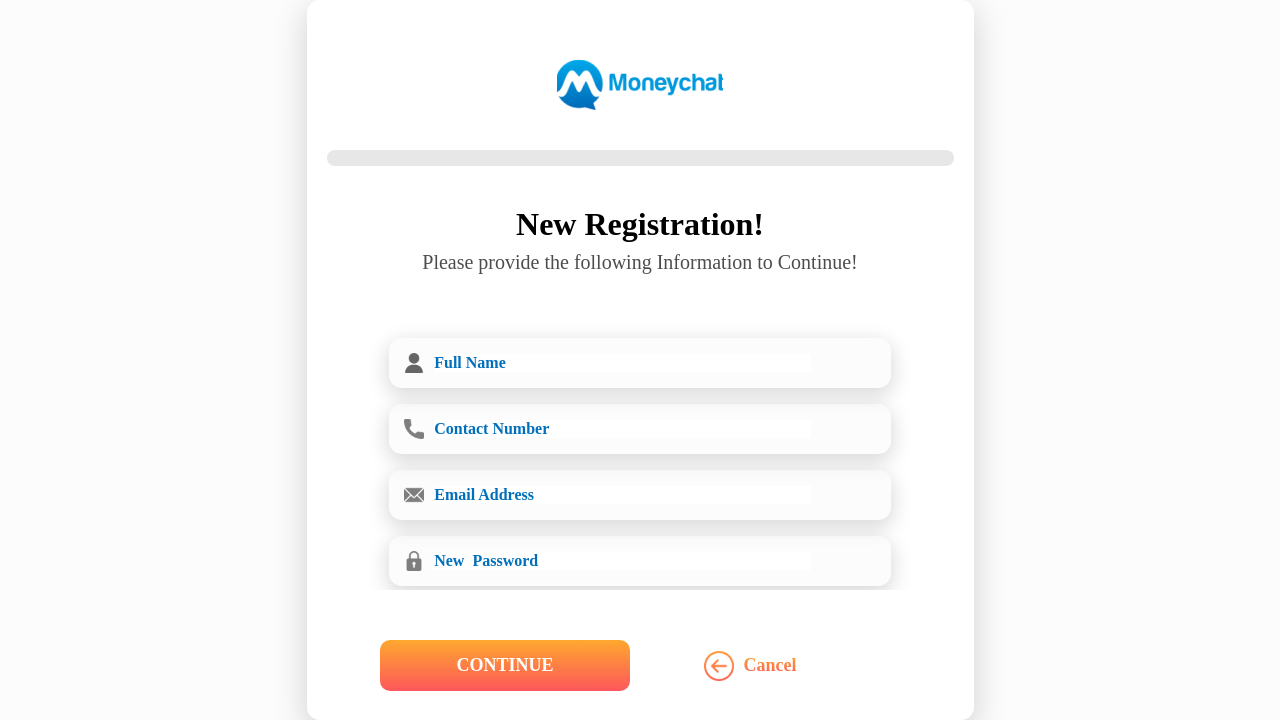
Repository: FlyweisReact/Money-Chat
Page: /register
An editor plug-in stored every save of this project. The page is shown before and after the next save, followed by the edit.
The browser window is 1280 px wide. The pictures show the whole page.
The project was rebuilt for these pictures with package versions that can differ from the ones it lists, and the page was loaded fresh each time. Also part of the build but not shown: src/forms/Login.jsx.

Above is the page before, as saved 2023-11-29 15:11:05.

### src/index.js
import React from "react";
import ReactDOM from "react-dom/client";
import "./index.css";
import App from "./App";
import { BrowserRouter } from "react-router-dom";
import 'bootstrap/dist/css/bootstrap.min.css'
// Commit Changes
const root = ReactDOM.createRoot(document.getElementById("root"));
root.render(
  <React.StrictMode>
    <BrowserRouter>
      <App />
    </BrowserRouter>
  </React.StrictMode>
);

### src/index.css
/** @format */

@tailwind base;
@tailwind components;
@tailwind utilities;

body {
  margin: 0;
  font-family: Quicksand !important;
  -webkit-font-smoothing: antialiased;
  -moz-osx-font-smoothing: grayscale;
}

code {
  font-family: Quicksand !important;
}

html {
  font-family: Quicksand !important;
}

::-webkit-scrollbar {
  width: 10px;
}
.fa-trash {
  color: red;
  cursor: pointer;
}

.iCOn {
  transition: 0.5s;
  box-shadow: none;
  transform: scale(1);
}
.cardDiv {
  cursor: pointer;
  width: 350px;
}
.CardDiv_Container {
  display: flex;
  flex-wrap: wrap;
  justify-content: center;
}

.cardDiv:hover .iCOn {
  box-shadow: rgba(0, 0, 0, 0.35) 0px 5px 15px;
  transform: scale(1.3);
}

/* Track */
::-webkit-scrollbar-track {
  background: #f1f1f1;
}

/* Handle */
::-webkit-scrollbar-thumb {
  background: #888;
}

/* Handle on hover */
::-webkit-scrollbar-thumb:hover {
  background: #555;
}
.profileImage {
  width: 100px;
}
.fa-eye {
  color: #029aff;
  cursor: pointer;
}
.fa-edit {
  cursor: pointer;
  color: blue;
}

.View {
  border: 1px solid black;
  width: 100%;
  padding: 10px;
}

.main-card--container {
  display: grid;
  grid-template-columns: repeat(3, minmax(300px, 500px));
  grid-gap: 50px;
  justify-content: space-around;
}
.card-container {
  margin: 25px 0 auto;
  box-shadow: rgba(0, 0, 0, 0.35) 0px 5px 15px;
  position: relative;
  display: grid;
  grid-template-columns: 1fr;
  justify-content: space-around;
  align-items: flex-start;
}

.myEdit:focus {
  box-shadow: rgba(0, 0, 0, 0.35) 0px 5px 15px;
}

.AstroLogin {
  color: #fff;
  background-color: #2b7a8e;
  padding: 10px;
  width: 380px;
  text-align: center;
  font-size: 20px;
  background: linear-gradient(to left, #2b7a8e 50%, #fff 50%) right;
  background-size: 200%;
  transition: 0.5s ease-out;
  border: 1px solid #2b7a8e;
  margin-top: 10px;
  text-transform: uppercase;
}
.AstroLogin:hover {
  background-position: left;
  color: #2b7a8e;
}

.EcommerceAdminLogin {
  color: #fff;
  background-color: #0c0c0c;
  padding: 10px;
  width: 380px;
  text-align: center;
  font-size: 20px;
  background: linear-gradient(to left, #0c0c0c 50%, #fff 50%) right;
  background-size: 200%;
  transition: 0.5s ease-out;
  border: 2px solid #0c0c0c;
  margin-top: 10px;
  text-transform: uppercase;
}

.EcommerceAdminLogin:hover {
  background-position: left;
  color: #0c0c0c;
  font-weight: bold;
}
.EcommerceVendorLogin {
  color: #fff;
  background-color: #576cbc;
  padding: 10px;
  width: 380px;
  text-align: center;
  font-size: 20px;
  background: linear-gradient(to left, #576cbc 50%, #fff 50%) right;
  background-size: 200%;
  transition: 0.5s ease-out;
  border: 1px solid #576cbc;
  margin-top: 10px;
  text-transform: uppercase;
}

.EcommerceVendorLogin:hover {
  background-position: left;
  color: #576cbc;
}

.view {
  background-color: #2196f3;
  color: #fff;
  width: 50%;
  padding: 5px;
}

.two-sec {
  display: flex;
  justify-content: space-evenly;
  justify-content: space-evenly;
}
.two-sec .left {
  width: 60%;
  background-color: #f6f1ef;
  padding: 20px;
}
.two-sec .left .head {
  font-size: 25px;
  font-weight: bold;
}

.two-sec .right {
  width: 30%;
  background-color: #f6f1ef;
}

.searchDiv {
  width: 100%;
  display: flex;
  gap: 10px;
  border: 1px solid rgb(179, 179, 179);
  padding: 10px;
  margin-bottom: 20px;
  align-items: center;
}
.searchDiv input {
  width: 94%;
  outline: none;
  border: none;
}

.flexCont {
  display: flex;
  align-items: center;
  gap: 10px;
}
.flexCont img {
  width: 60px;
  background-color: #e9ecef;
}

.blockContent {
  display: block;
}
.blockContent p {
  margin: 0;
}

.checkBox {
  width: 50px;
  height: 25px;
  background-color: #e9ecef;
  border-radius: 50px;
  position: relative;
  cursor: pointer;
}
.checkBox span {
  width: 20px;
  height: 20px;
  border-radius: 100%;
  background-color: #fff;
  position: absolute;
  left: 5px;
  top: 2px;
}
.ActivecheckBox {
  width: 50px;
  height: 25px;
  background-color: #0d6efd;
  border-radius: 50px;
  position: relative;
  cursor: pointer;
}
.ActivecheckBox span {
  width: 20px;
  height: 20px;
  border-radius: 100%;
  background-color: #fff;
  position: absolute;
  right: 5px;
  top: 2px;
}

.fa-eye {
  color: #0cba73;
  background-color: #d6f8e8;
  width: 35px;
  text-align: center;
  height: 35px;
  display: flex;
  border-radius: 100%;
  justify-content: center;
  padding-top: 10px;
  transition: 0.5s;
}

.fa-pen-to-square {
  color: #f4c39c;
  background-color: #ffebdb;
  width: 35px;
  text-align: center;
  height: 35px;
  display: flex;
  border-radius: 100%;
  justify-content: center;
  padding-top: 10px;
  cursor: pointer;
  transition: 0.5s;
}
.fa-trash {
  color: #df939f;
  background-color: #ffe1e8;
  width: 35px;
  text-align: center;
  height: 35px;
  display: flex;
  border-radius: 100%;
  justify-content: center;
  padding-top: 10px;
  cursor: pointer;
  transition: 0.5s;
}
.fa-trash:hover {
  transform: scale(1.2);
}
.fa-eye:hover {
  transform: scale(1.2);
}
.fa-pen-to-square:hover {
  transform: scale(1.2);
}
.required {
  color: #e74260;
}

.headP {
  /* font-weight: 600; */
  /* font-size: 25px; */
  color: #7b7c7d;
}
.filterBox {
  display: flex;
  align-items: center;
  gap: 10px;
  border-bottom: 1px solid #d4d7dc;
  padding-bottom: 20px;
  margin-bottom: 20px;
}
.filterBox img {
  width: 30px;
}
.filterBox input {
  width: 100%;
  border: 1px solid #d4d7dc;
  outline: none;
  padding: 5px;
  color: black;
  text-transform: capitalize;
}
.sectionCont {
  /* width: 98%; */
  background-color: #fff;
  /* margin-left: 2%; */
  padding: 20px;
}

.overFlowCont {
  width: 100%;
  overflow-x: auto;
}

.logo {
  width: 100px;
  margin-bottom: 20px;
}

.updateProfile {
  margin-left: 20px;
  border: 1px solid #fff;
  border-radius: 100%;
  font-size: 1.2rem;
  padding: 10px;
  transition: 0.5s;
  cursor: pointer;
}
.updateProfile:hover {
  border: 1px solid #19376d;
  color: #19376d;
  background-color: #fff;
}

.Normalbtn {
  background-color: #19376d !important;
  border: 1px solid #19376d !important;
  border-radius: 0px !important;
}

.ImageCarousel {
  width: 150px !important;
  margin: 0px !important;
  height: 150px !important;
}
.CarouselImages {
  width: 60px;
  height: auto;
}
.CarouselImages img {
  width: 100% !important;
  height: 100% !important;
}

.ModalCarousel {
  width: 100% !important;
  height: 500px !important;
}
.ModalCarousel {
  width: 100% !important;
  height: 500px !important;
}
.ModalCarousel img {
  width: 100% !important;
  height: 500px !important;
}

.gridCont {
  display: grid;
  grid-template-columns: auto auto auto;
  justify-content: space-evenly;
}
.gridCont div {
  width: 400px;
  height: 300px;
  box-shadow: rgba(0, 0, 0, 0.35) 0px 5px 15px;
  padding: 10px;
  position: relative;
  margin-top: 20px;
}
.gridCont div img {
  width: 100%;
}
.delete-Btn {
  width: 90%;
  margin-left: 2%;
  color: #c44b3f;
  border: 1px solid #c44b3f;
  position: absolute;
  bottom: 10px;
  transition: 0.5s;
  padding: 10px;
}

.delete-Btn:hover {
  background-color: #c44b3f;
  color: #fff;
}

.BannerCarousel {
  width: 300px;
  margin: 0px !important;
}
.BannerCarouselImage {
  width: 300px;
}
.BannerCarouselImage img {
  width: 100%;
}

.pagination {
  display: flex;
  justify-content: center;
  align-items: center;
  gap: 10px;
  margin-bottom: 20px;
}
.pagination button {
  border: 1px solid black;
  padding: 10px;
}

.activePage {
  background-color: #19376d;
  color: #fff;
  border: 1px solid #19376d !important;
}

.active {
  background-color: #fff;
  color: #19376d !important;
}
.prevBtn {
  background-color: #fff;
  color: #19376d;
  border: 1px solid #19376d !important;
  transition: 0.5s;
}

.prevBtn:hover,
.prevBtn:focus,
.prevBtn:active {
  background-color: #19376d;
  color: #fff;
  border: 1px solid #19376d !important;
}
.nextBtn {
  background-color: #fff;
  color: #19376d;
  border: 1px solid #19376d !important;
  transition: 0.5s;
}

.nextBtn:hover,
.nextBtn:focus,
.nextBtn:active {
  background-color: #19376d;
  color: #fff;
  border: 1px solid #19376d !important;
}

.dangerBox {
  position: relative;
}
.dangerBox i {
  position: absolute;
  top: 50%;
  left: 90%;
  transform: translate(-50%, -50%);
  cursor: pointer;
}

.centerImage {
  max-width: 300px;
}
.img-cont {
  display: flex;
  gap: 40px;
  /* justify-content: center; */
  align-items: center;
}

/* ============== user data styling =========*/

.ud2 {
  display: flex;
  justify-content: space-between;
  margin-top: 20px;
}
.ud3 {
  width: 49%;
}
.ud4 {
  width: 49%;
}

.ud4 button {
  background: #c44b3f;
  width: 50%;
  height: 40px;
  border-radius: 4px;
  border: none;
  color: #fff;
}

/* ============ single order styling ================*/

#pdfGen {
  margin: 20px;
}
#pdfGen .Heading-Container {
  display: flex;
  align-items: center;
}
#pdfGen .Heading-Container img {
  width: 100px;
}
#pdfGen .Heading-Container .content {
  width: 80%;
  text-align: center;
}
#pdfGen .Heading-Container .content h2 {
  margin: 0;
  font-weight: bold;
  font-size: 25px;
}
#pdfGen .Heading-Container .content p {
  margin: 0;
  font-size: 14px;
  font-weight: 600;
  color: #a8a1a1;
}

.two-cont {
  display: flex;
  justify-content: space-between;
  padding-top: 10px;
  gap: 20px;
}
.two-cont p {
  margin: 0;
}
.two-cont .left {
  width: 40%;
}
.two-cont .left h6 {
  font-size: 14px;
  font-weight: bold;
}
.two-cont .left .box {
  border: 2px solid black;
  width: 100%;
  padding: 8px;
}
.two-cont .left .box p {
  font-size: 15px;
}
.two-cont .left .box .strong {
  font-weight: bold;
}
.two-cont .left .box p {
  font-weight: 600;
}
.two-cont .right {
  width: 60%;
  border: 2px solid black;
  padding: 10px;
}
.two-cont .right table {
  width: 100%;
  table-layout: fixed;
}
.two-cont .right td {
  font-weight: 900 !important;
  padding: 5px;
}
.bordererd {
  border-right: 2px solid black;
}
#pdfGen .empty {
  background-color: #000;
  height: 2px;
  margin-top: 20px;
}

#pdfGen {
  min-height: 100vh;
  display: flex;
  justify-content: space-between;
  flex-direction: column;
}

#pdfGen .Table {
  width: 100%;
  margin-top: 20px;
}
#pdfGen .Table tbody tr {
  border: 1px solid black;
}
#pdfGen .Table tbody tr td {
  padding: 5px;
  padding-bottom: 10px;
}

#pdfGen .Main_Table {
  display: flex;
  justify-content: flex-end;
  align-items: center;
  padding-top: 10px;
  gap: 50px;
  align-items: center;
}
#pdfGen .Main_Table p {
  font-weight: 900;
}

#pdfGen .below_Div .four-sec {
  display: flex;
  justify-content: space-evenly;
  border-top: 2px solid black;
  border-bottom: 2px solid black;
  padding: 4px;
}
#pdfGen .below_Div .four-sec p {
  margin: 0;
  font-size: 13px;
  text-align: center;
}
#pdfGen .below_Div .four-sec .stronger {
  font-weight: bold;
}

#pdfGen .below_Div .big_Head {
  font-size: 25px;
  background-color: #85827b;
  text-align: center;
  font-weight: bold;
  color: #fff;
  padding: 0;
  margin: 0;
  padding-bottom: 10px;
}
#pdfGen .below_Div .text-cont p {
  margin: 0;
  font-weight: 700;
  font-size: 14px;
  color: #85827b;
}
#pdfGen .below_Div .text-cont {
  text-align: center;
}
#pdfGen .below_Div .text-cont h5 {
  margin: 0;
  font-weight: 900;
}

.so2 {
  width: 100%;
}

.so4 {
  display: flex;
  justify-content: space-between;
}
.so4 p {
  margin: 0;
}

.searchByDate {
  display: flex;
  align-items: center;
  gap: 10px;
  border-bottom: 1px solid #d4d7dc;
  padding-bottom: 20px;
  margin-bottom: 20px;
  flex-wrap: wrap;
  justify-content: space-between;
}
.searchByDate div {
  width: 45%;
  display: flex;
  gap: 20px;
  align-items: center;
}
.searchByDate input {
  border: 1px solid #d4d7dc;
  width: 80%;
  padding: 10px;
  outline: none;
}

.so5 {
  margin-top: 20px;
  width: 98;
  margin-left: 1%;
}

.so5 table {
  width: 100%;
}
.so5 table th,
td {
  font-size: 13px;
  font-weight: 600;
}
.so6 {
  margin-top: 40px;
  margin-left: 65%;
  width: 30%;
}

.so7 {
  display: flex;
  justify-content: space-between;
  width: 80%;
}
.so7 p {
  margin: 0;
}

.downloadBtn {
  background: #0cba73;
  height: 40px;
  color: #fff;
  border-radius: 4px;
  padding: 10px;
}

.Info_Box p {
  margin: 0;
}
.Info_Box .title {
  margin-bottom: 5px;
  font-size: 20px;
  font-weight: 700;
}
.Info_Box .desc {
  border: 1px solid #ced4da;
  padding: 10px;
  border-radius: 5px;
}

.Desc-Container p.title {
  margin-bottom: 0.5rem;
}
.Desc-Container p.desc {
  display: block;
  width: 100%;
  padding: 0.375rem 0.75rem;
  font-size: 1rem;
  font-weight: 400;
  line-height: 1.5;
  color: #212529;
  border: 1px solid #ced4da;
  border-radius: 0.375rem;
  background-color: #e9ecef;
  overflow-wrap: anywhere;
}

.Schedule_Enquiry_Modal {
  background-color: rgb(10, 72, 173);
  color: #fff;
}
.Schedule_Enquiry_Modal .close_btn {
  display: flex;
  justify-content: space-between;
  align-items: center;
}
.Schedule_Enquiry_Modal .close_btn h4 {
  margin: 0;
}
.Schedule_Enquiry_Modal .close_btn i {
  font-size: 20px;
  cursor: pointer;
}

.searchByDate select {
  border: 1px solid #d4d7dc;
  padding: 10px;
  outline: none;
}

/*Chat  */
.chat {
  display: flex;
  gap: 40px;
  align-items: flex-start;
}
.chat .sidebar {
  flex: 0 0 30%;
  max-width: 30%;
  border: 1px solid #ddd;
}
.chat .menu-list .container {
  display: flex;
  gap: 10px;
  align-items: center;
  cursor: pointer;
  border-top: 1px solid #ddd;
  height: 72px;
}
.chat .menu-list .container:hover {
  background-color: #f0f2f5;
}
.chat .menu-list .container.active {
  background-color: #f0f2f5;
}
.chat .menu-list .container:first-child {
  border: none;
}
.chat .menu-list .container img {
  width: 49px;
  height: 49px;
  border-radius: 100%;
  vertical-align: middle;
}
.chat .menu-list .container p {
  font-size: 20px;
  font-weight: 700;
  margin: 0;
  padding-right: 15px;
}

.chat .content {
  flex: 70%;
  max-width: 70%;
}
.chat .chat-box {
  border: 1px solid #ddd;
  padding: 20px;
}
.chat .chat-box .ttt {
  max-height: 500px;
  overflow-y: scroll;
  padding: 20px;
}
.chat .chat-box .img-container {
  display: flex;
  gap: 10px;
  align-items: center;
  cursor: pointer;
  margin-top: 10px;
}
.chat .chat-box .img-container img {
  width: 30px;
  height: 30px;
  border-radius: 100%;
  vertical-align: middle;
}
.chat .chat-box .img-container span {
  font-size: 12px;
  font-weight: 700;
  margin: 0;
}
.chat .chat-box .img-container span .date {
  margin-left: 10px;
}

.chat .chat-box .text {
  font-size: 16px;
  margin: 0;
  padding-top: 10px;
  width: 100%;
}

.chat .chat-box .right {
  display: flex;
  flex-direction: column;
  gap: 5px;
  text-align: right;
}
.chat .chat-box .right .img-container {
  flex-direction: row-reverse;
}

.chat .chat-box .send_button {
  display: flex;
  gap: 20px;
  align-items: center;
  margin-top: 20px;
}

.chat .chat-box .send_button button {
  width: 150px;
  background-color: #1a949f;
  padding: 10px;
  color: #fff;
}
.chat .chat-box .send_button input {
  width: 100%;
  outline: none;
  border: 1px solid #000;
  padding: 10px;
  border-radius: 5px;
}

/* New Code */
.Login_screen {
  background: linear-gradient(
      0deg,
      rgba(238, 238, 238, 0.2) 0%,
      rgba(238, 238, 238, 0.2) 100%
    ),
    #fff;
  display: flex;
  flex-direction: column;
  justify-content: center;
  align-items: center;
  width: 100%;
  height: 100vh;
}
.Login_screen .Login_Container {
  max-width: 667px;
  max-height: 785px;
  width: 100%;
  height: 100%;
  border-radius: 13px;
  background: #fff;
  box-shadow: 0px 10px 30px 3px rgba(0, 0, 0, 0.15);
  padding: 20px;
  padding-bottom: 50px;
}
.Login_screen .Login_Container .logo {
  display: block;
  margin: auto;
  width: 166px;
  margin-top: 40px;

}
.Login_screen .Login_Container .description {
  margin-top: 40px;
}
.Login_screen .Login_Container .description h6 {
  color: #000;
  text-align: center;
  font-size: 32px;
  font-style: normal;
  font-weight: 700;
  line-height: normal;
}

.Login_screen .Login_Container .description p {
  color: rgba(0, 0, 0, 0.7);
  text-align: center;
  font-size: 20px;
  font-style: normal;
  font-weight: 400;
  line-height: normal;
}

.Login_Container .input_container {
  margin-bottom: 50px;
}
.Login_Container .input_container.special {
  margin-bottom: 50px;
  max-height: 300px;
  overflow-y: scroll;
}
.Login_Container .input_group {
  display: flex;
  gap: 10px;
  align-items: center;
  border-radius: 13px;
  background: rgba(238, 238, 238, 0.2);
  box-shadow: 0px 6px 20px 2px rgba(0, 0, 0, 0.15);
  padding: 15px;
  width: 80%;
  margin: auto;
}
.Login_Container .input_group img {
  width: 20px;
}
.Login_Container .input_group input {
  outline: none;
  border: none;
  color: #0070bc;
  font-size: 16px;
  font-style: normal;
  font-weight: 500;
  line-height: normal;
  font-weight: 600;
  width: 80%;
}
.Login_Container .input_group input::placeholder {
  color: #0070bc;
  font-weight: 600;
}

.Login_Container .login_btn {
  max-width: 250px;
  width: 100%;
  display: block;
  margin: auto;
  margin-top: 40px;
  color: #fff;
  text-align: center;
  font-size: 18px;
  font-style: normal;
  font-weight: 600;
  line-height: normal;
  border-radius: 10px;
  background: linear-gradient(180deg, #fea82f 0%, #fd575b 100%);
  padding: 15px;
}

.Login_Container .create_new {
  display: flex;
  justify-content: center;
  gap: 20px;
  align-items: center;
  margin-top: 50px;
}

.Login_Container .create_new .item {
  display: flex;
  gap: 10px;
  align-items: center;
  width: 300px;
  justify-content: center;
}
.Login_Container .create_new .item img {
  width: 20px;
}
.Login_Container .create_new .item span {
  color: rgba(0, 0, 0, 0.7);
  text-align: center;
  font-size: 16px;
  font-style: normal;
  font-weight: 600;
  line-height: normal;
}

.Login_Container .create_new .item:first-child {
  border-right: 2px solid #000;
  padding-right: 10px;
}

.Login_Container a {
  text-decoration: none;
}

.Login_Container .button_container {
  display: flex;
  justify-content: space-between;
  align-items: center;
  gap: 20px;
}
.Login_Container .button_container button {
  max-width: 250px;
  width: 100%;
  display: block;
  margin: auto;
  color: #fff;
  text-align: center;
  font-size: 18px;
  font-style: normal;
  font-weight: 600;
  line-height: normal;
  border-radius: 10px;
  background: linear-gradient(180deg, #fea82f 0%, #fd575b 100%);
  padding: 15px;
}

.Login_Container .button_container .cancel {
  max-width: 250px;
  width: 100%;
  display: flex;
  gap: 10px;
  align-items: center;
}
.Login_Container .button_container .cancel a {
  font-size: 18px;
  font-style: normal;
  font-weight: 700;
  line-height: normal;
  text-decoration-line: underline;
  background: linear-gradient(180deg, #fea82f 0%, #fd575b 100%);
  background-clip: text;
  -webkit-background-clip: text;
  -webkit-text-fill-color: transparent;
}
.Login_Container .button_container .cancel img {
  width: 30px;
}

.Login_Container .progress_bar {
  border-radius: 10px;
  background: rgba(196, 196, 196, 0.4);
  width: 100%;
  height: 16px;
  margin-top: 40px;
}

.Login_Container .progress_bar .colored {
  width: 33%;
  border-radius: 10px;
background: linear-gradient(90deg, #FEA82F 0%, #FD575B 100%);
}

### src/App.js
/** @format */

import { Routes, Route } from "react-router-dom";
import { ToastContainer } from "react-toastify";
import "react-toastify/dist/ReactToastify.css";
import Login from "./forms/Login";
import Regestration from "./forms/Regestration";

function App() {
  return (
    <>
      <ToastContainer
        autoClose={5000}
        hideProgressBar={false}
        newestOnTop={false}
        closeOnClick
        rtl={false}
        pauseOnFocusLoss
        draggable
        pauseOnHover
      />

      <Routes>
        <Route path="/" element={<Login />} />
        <Route path="/register" element={<Regestration />} />
      </Routes>
    </>
  );
}

export default App;

### src/forms/Regestration.js
/** @format */

import { Link } from "react-router-dom";
import logo from "../Images/logo.png";

const Regestration = () => {
  return (
    <div className="Login_screen">
      <form className="Login_Container ">
        <img src={logo} alt="" className="logo" />

        <div className="progress_bar">
            <div className="colored"></div>

        </div>

        <div className="description">
          <h6>New Registration! </h6>
          <p>Please provide the following Information to Continue!</p>
        </div>

        <div className="input_container special">
          <div className="input_group mt-5">
            <img src="./Image/1.png" alt="" />
            <input type="text" placeholder="Full Name" />
          </div>
          <div className="input_group mt-3">
            <img src="./Image/5.png" alt="" />
            <input type="text" placeholder="Contact Number" />
          </div>
          <div className="input_group mt-3">
            <img src="./Image/6.png" alt="" />
            <input type="text" placeholder="Email Address" />
          </div>
          <div className="input_group mt-3">
            <img src="./Image/7.png" alt="" />
            <input type="text" placeholder="New  Password" />
          </div>
          <div className="input_group mt-3">
            <img src="./Image/8.png" alt="" />
            <input type="text" placeholder="Re - Enter Password" />
          </div>
        </div>

        <div className="button_container">
          <button>CONTINUE</button>
          <div className="cancel">
            <img src="./Image/9.png" alt="" />
            <Link to="/">Cancel</Link>
          </div>
        </div>
      </form>
    </div>
  );
};

export default Regestration;

Loaded but not shown: tailwind.config.js (common file)

After the next save:
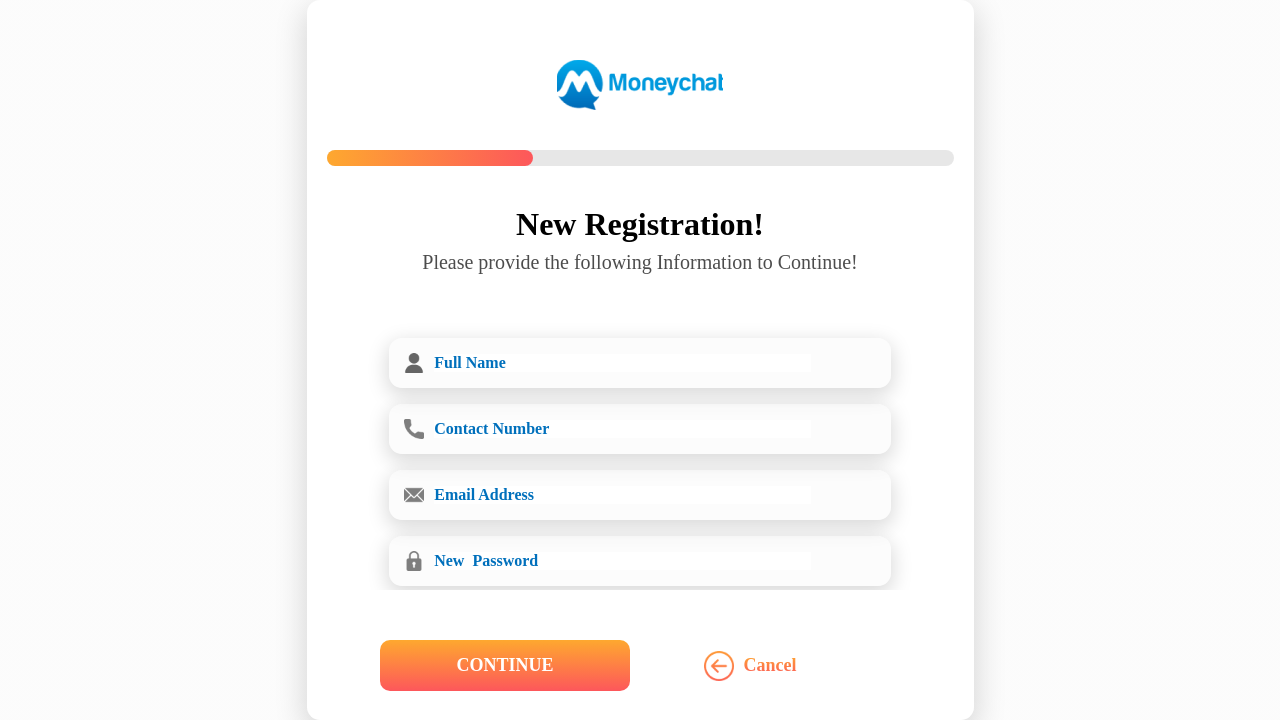
Saved 7 s later.
--- a/src/index.css
+++ b/src/index.css
@@ -1123,4 +1123,5 @@
   width: 33%;
   border-radius: 10px;
 background: linear-gradient(90deg, #FEA82F 0%, #FD575B 100%);
-}
+height: 100%;
+}
